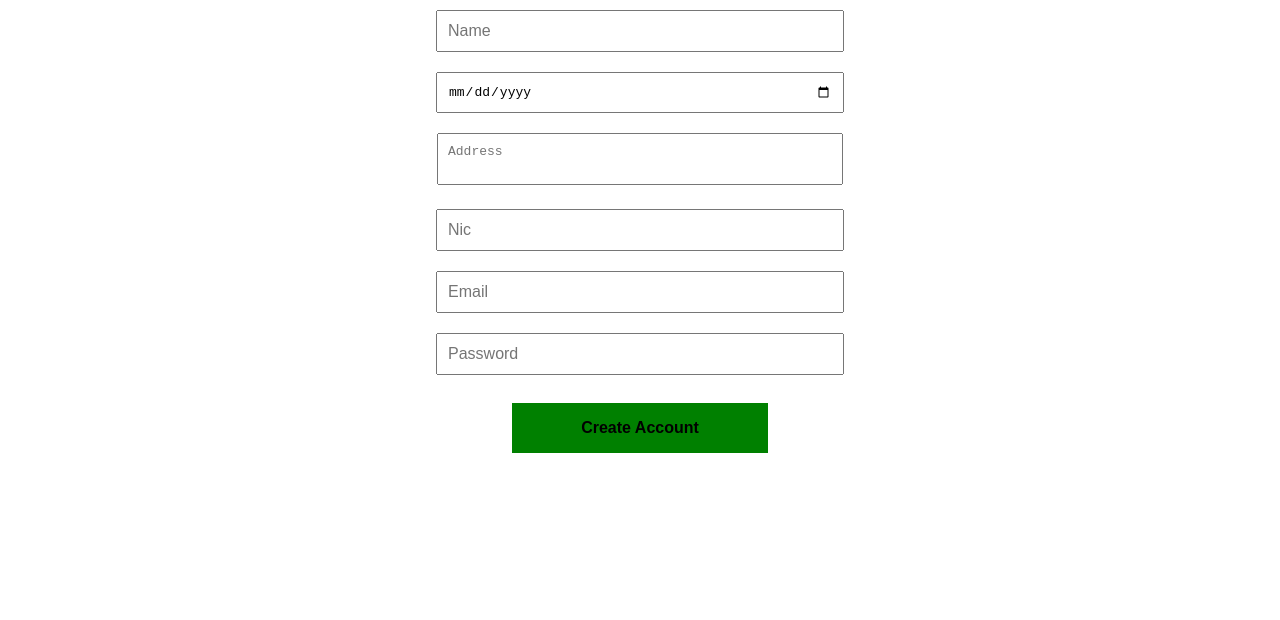
Repository: developerks611/loanweb
Page: http://localhost/loan-web/customerReg.jsp
The author's editor kept a copy of each file at every save. The page is drawn from the files as they stood at one save, then again after the next save.
The browser window is 1280 px wide. The pictures show the whole page.
The page is served by Tomcat 9.

Above is the page before, as saved 2023-03-10 11:55:56.

After the next save:
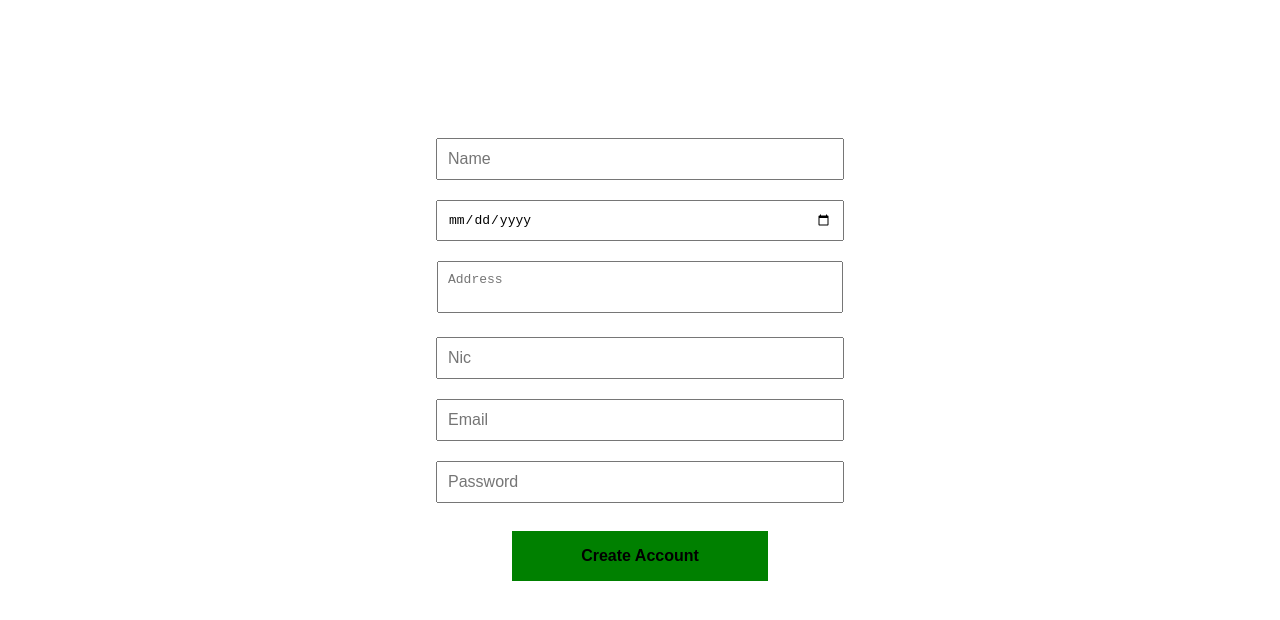
Saved 36 s later.
--- a/loan-web/src/main/webapp/customerReg.jsp
+++ b/loan-web/src/main/webapp/customerReg.jsp
@@ -78,6 +78,10 @@ nav a {
 
 
 }
+
+.container{
+	margin-top:10%;
+}
  /*
   Extra small devices (phones, 600px and down)
 */
